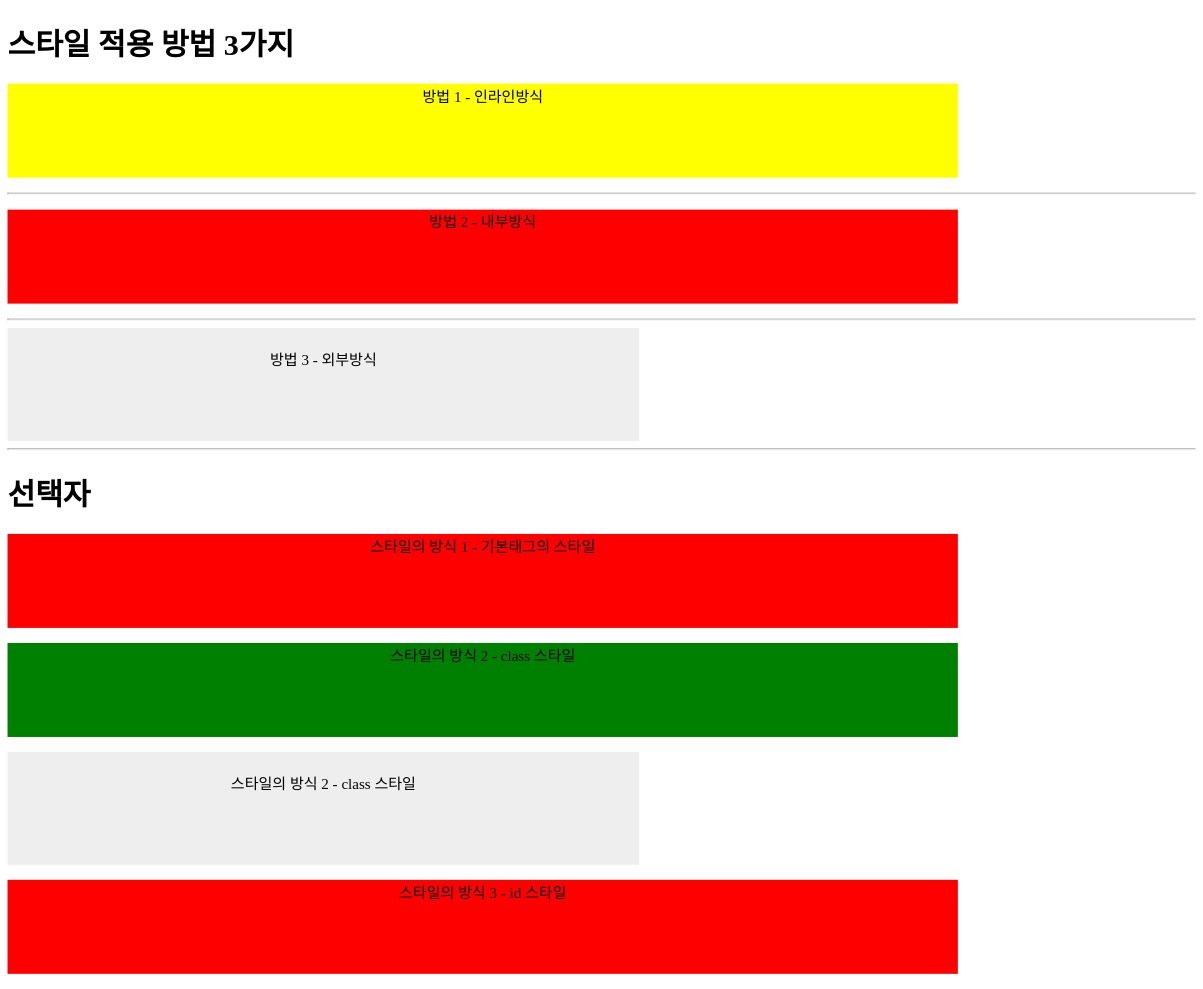
Repository: hsaar/jsworkplace
Page: http://localhost/testjsp/html/test04.jsp
The author's editor kept a copy of each file at every save. The page is drawn from the files as they stood at one save, then again after the next save.
The browser window is 1280 px wide. The pictures show the whole page, at 94% of full size.
The page is served by Tomcat 9.

Above is the page before, as saved 2025-08-20 03:55:36.

### testjsp/src/main/webapp/html/test04.jsp
<%@ page language="java" contentType="text/html; charset=UTF-8"
    pageEncoding="UTF-8"%>
<!DOCTYPE html>
<html>
<head>
<meta charset="UTF-8">
<link rel="stylesheet" href="../css/style.css">
<title>스타일 정복하기</title>
<style>
	p{
		text-align: center;
		text:16px;
		background-color: red;
		width: 80%;
		height: 100px;
		position: center center;
	}
	.test{
		background-color: green;
	}
</style>
</head>
<body>
	<h1>스타일 적용 방법 3가지</h1>
	<p style = "background:yellow">방법 1 - 인라인방식</p>

	<hr><p>방법 2 - 내부방식</p>

	<hr><div>방법 3 - 외부방식</div>

	<hr>
	<h1>선택자</h1>
	<p>스타일의 방식 1 - 기본태그의 스타일</p>
	<p class="test">스타일의 방식 2 - class 스타일</p>
	<div>스타일의 방식 2 - class 스타일</div>
	<p>스타일의 방식 3 - id 스타일</p>
</body>
</html>

### testjsp/src/main/webapp/css/style.css
@charset "UTF-8";

div{
	background-color: #eeeeee;
	height: 80px;
	width:50%;
	padding: 20px;
	margin: 0;
	text-align: center;

}

After the next save:
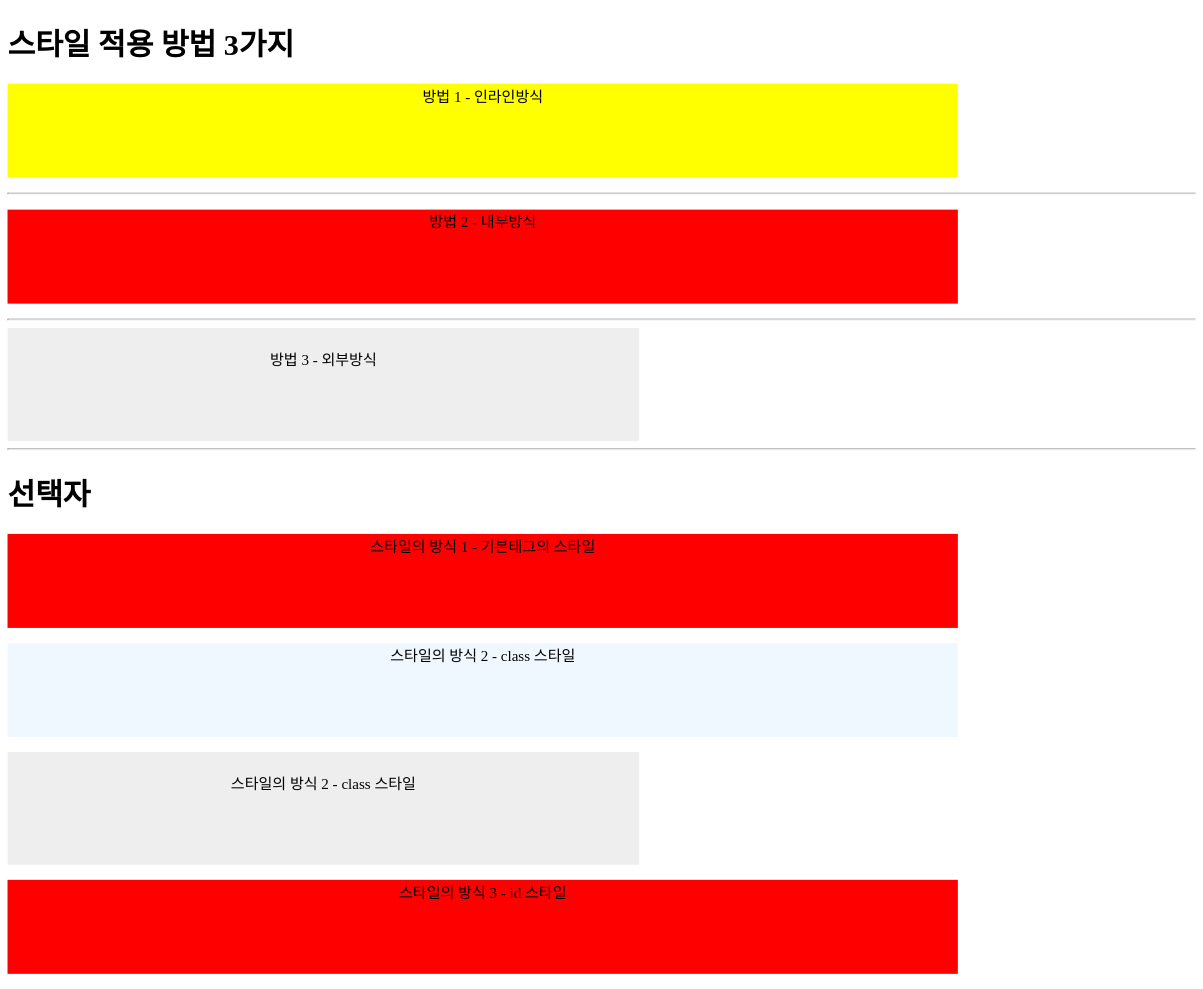
Saved 22 s later.
--- a/testjsp/src/main/webapp/html/test04.jsp
+++ b/testjsp/src/main/webapp/html/test04.jsp
@@ -16,7 +16,7 @@
 		position: center center;
 	}
 	.test{
-		background-color: green;
+		background-color: #f0f8ff;
 	}
 </style>
 </head>
